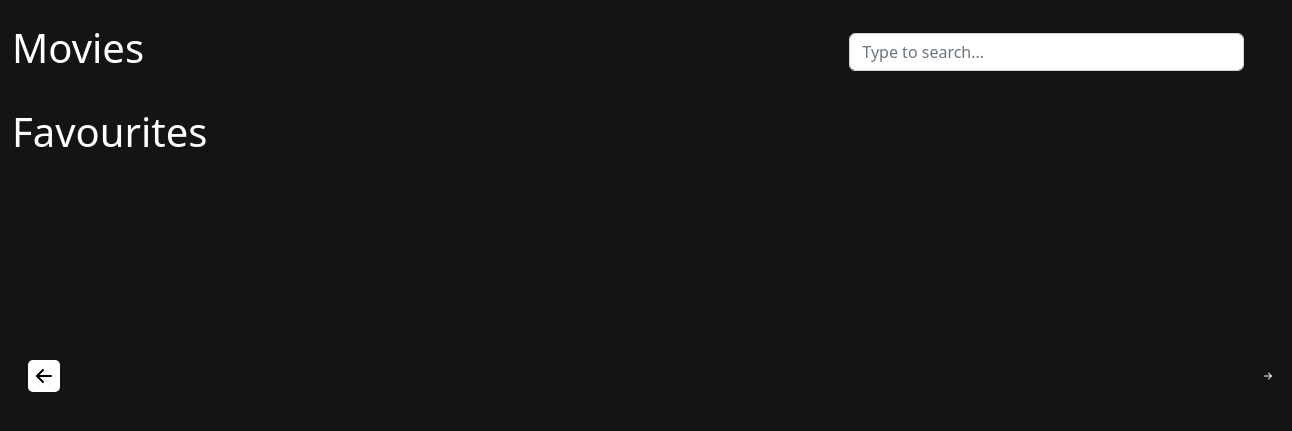
Repository: DeraBola/movie-app
Page: /
The author's editor kept a copy of each file at every save. The page is drawn from the files as they stood at one save, then again after the next save.
The browser window is 1280 px wide. The page is 1292 px wide, so the pictures cover 1292 px, including what lies to the right of the window. The pictures show the whole page.
The page's requests for data from a server got no answer. The project was rebuilt for these pictures with package versions that can differ from the ones it lists, and the page was loaded fresh each time. No one was signed in, and anything a server would have sent is missing. Also part of the build but not shown: src/components/AddFavourites.js, src/components/RemoveFavourites.js.

Above is the page before, as saved 2022-09-02 11:33:19.

After the next save:
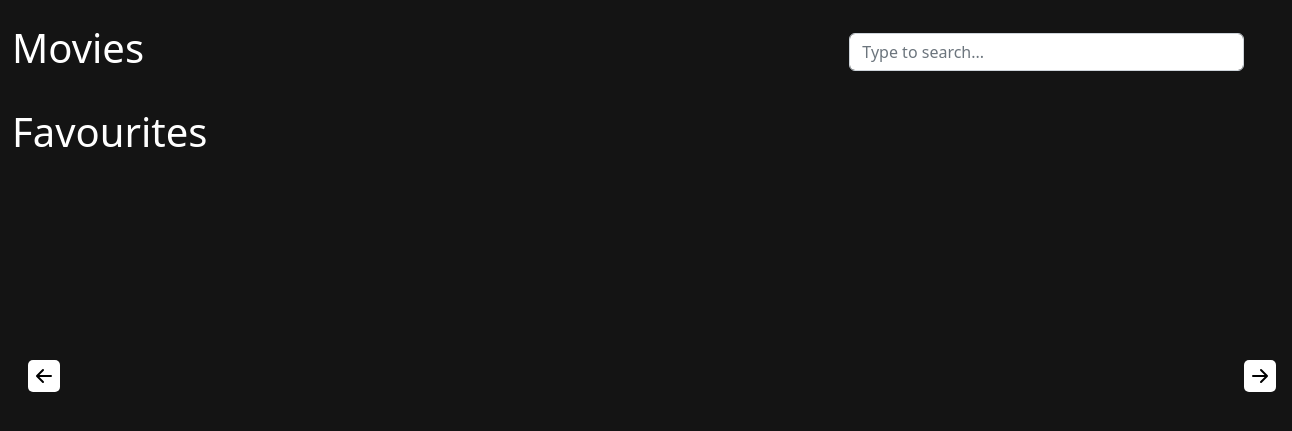
Saved 13 s later.
--- a/src/App.js
+++ b/src/App.js
@@ -95,7 +95,7 @@ const scrollRef = useRef(null);
             onClick={() => scroll("left")}
           />
           <BsArrowRightShort
-            className="__arrow-icon"
+            className="poster__arrow-icon"
             onClick={() => scroll("right")}
           />
         </div>
